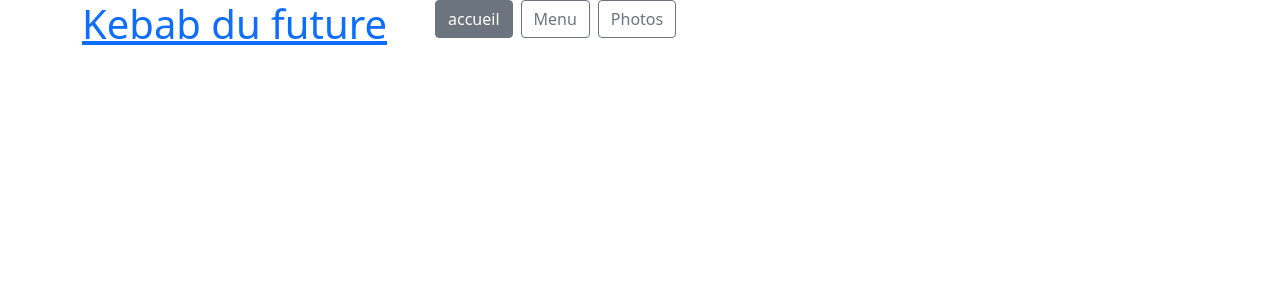
Repository: phbord/THP-js-exercices-manipulation-DOM
Page: index.html
The author's editor kept a copy of each file at every save. The page is drawn from the files as they stood at one save, then again after a run of saves.
The browser window is 1280 px wide. The pictures show the whole page.

Above is the page before, as saved 2021-07-19 10:59:11.

### index.html
<!DOCTYPE HTML>
<html lang="fr">
    <head>
        <title></title>
        <meta charset="utf-8">
        <link href="https://cdn.jsdelivr.net/npm/bootstrap@5.0.2/dist/css/bootstrap.min.css"
                rel="stylesheet"
                integrity="sha384-EVSTQN3/azprG1Anm3QDgpJLIm9Nao0Yz1ztcQTwFspd3yD65VohhpuuCOmLASjC"
                crossorigin="anonymous">
        <link rel="stylesheet" href="./styles/main.css">
    </head>
    <body>
        <!-- HEADER -->
        <header>
            <nav class="container d-flex">
                <a class="me-5" href="#">
                    <h1>Kebab du future</h1>
                </a>
                <ul class="d-flex">
                    <li class="me-2">
                        <a class="btn btn-secondary" href="#">accueil</a>
                    </li>
                    <li class="me-2">
                        <a class="btn btn-outline-secondary" href="#">Menu</a>
                    </li>
                    <li>
                        <a class="btn btn-outline-secondary" href="#">Photos</a>
                    </li>
                </ul>
            </nav>
        </header>

        <!-- ACCUEIL -->

        <!-- MENU -->

        <!-- PHOTOS -->


        <!-- SCRIPTS -->
        <script src="./scripts/main.js"></script>
    </body>
</html>

### styles/main.css
ul,li {
    margin: 0;
    padding: 0;
    list-style: none;
}

header h1 {
    font-size:
}

Loaded but not shown: scripts/main.js (no copy from this time; the picture is the same without it)

After the next 2 saves:
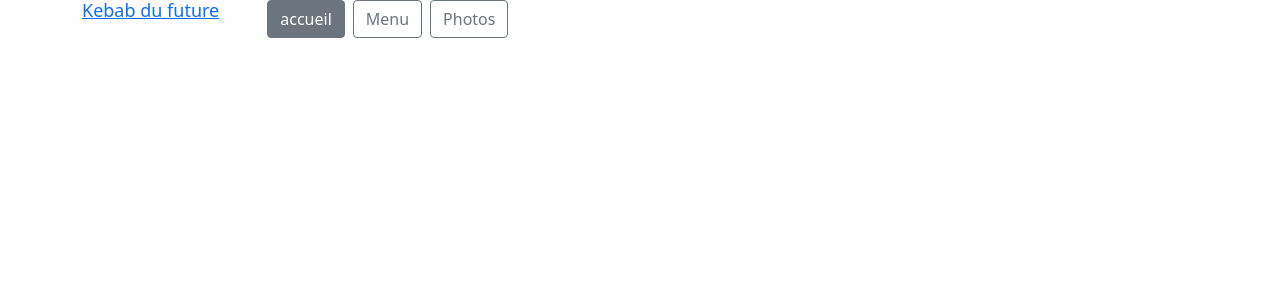
The 2 saves are shown as one change because they came seconds apart.
The last was saved 7 s later.
--- a/styles/main.css
+++ b/styles/main.css
@@ -5,5 +5,5 @@ ul,li {
 }
 
 header h1 {
-    font-size:
+    font-size: 18px;
 }
